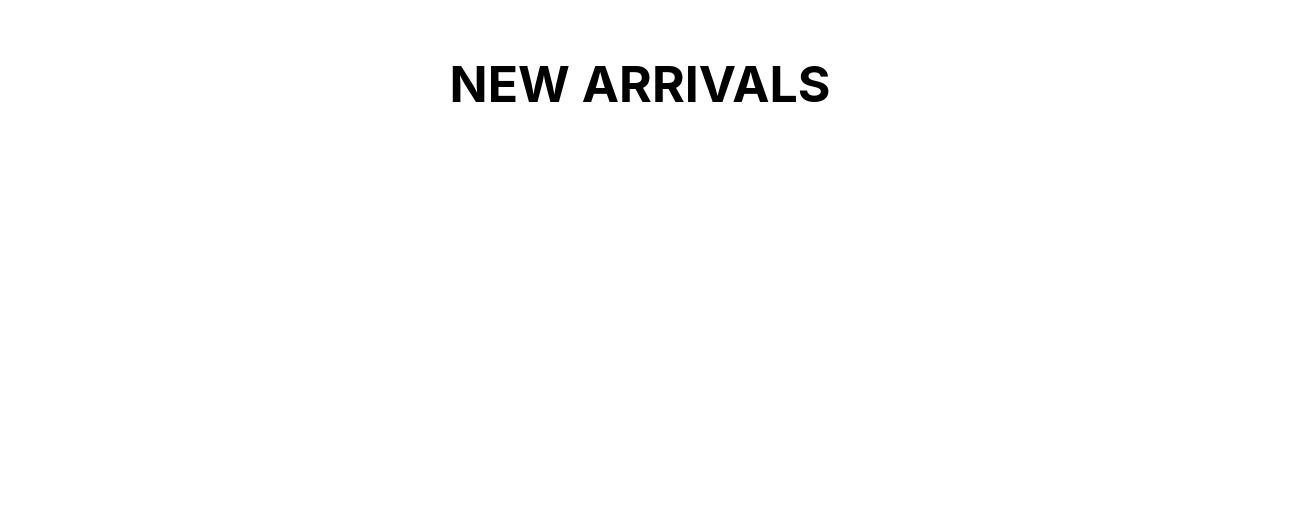
Repository: 0584386177/CuoiKiReactJs
Page: /
The author's editor kept a copy of each file at every save. The page is drawn from the files as they stood at one save, then again after the next save.
The browser window is 1280 px wide. The page is 1310 px wide, so the pictures cover 1310 px, including what lies to the right of the window. The pictures show the part of the page from y = 390 to 900 px (the page is 1390 px tall).
Pictures or frames that could not be fetched are drawn as grey boxes. The page's requests for data from a server got no answer. The project was rebuilt for these pictures with package versions that can differ from the ones it lists, and the page was loaded fresh each time. No one was signed in, and anything a server would have sent is missing. Also part of the build but not shown: src/components/Men/Men.jsx, src/components/Women/Women.jsx.

Above is the page before, as saved 2023-11-10 23:10:14.

### src/App.js
import React from 'react';
import Page from './components/Page/Page';
import { Route,Routes } from 'react-router-dom';
import Men from './components/Men/Men';
import Women from './components/Women/Women';

const App = () => {
  return (
    <div>
      <Routes>
        <Route path='/' element = {<Page></Page>}></Route>
        <Route path='/women' element = {<Women></Women>}></Route>
        <Route path='/men' element={<Men></Men>}></Route>
      </Routes>
    </div>
  );
};

export default App;

### src/components/Page/Page.jsx
import React from 'react';
import Header from './Header';
import styled from 'styled-components';
import Slider from './Slider';
import NewArrivals from './NewArrivals';
const PageWrapper = styled.div`
    width: 100%;
    height: 100vh;
    max-width:1980px;
    margin: 0 auto;

`
const Page = () => {
    return (
        <PageWrapper>
        <Header/>
        <Slider/>
        <NewArrivals/>
        </PageWrapper>
    );
};

export default Page;

### src/components/Page/Header.jsx
import React from "react";
import styled from "styled-components";

const HeaderWrapper = styled.div`
  width: 100%;
  height: 90px;
  display: flex;
  justify-content: space-around;
  align-items: center;
`;
const HeaderLogo = styled.div`
  font-size: 15px;
`;
const HeaderMenu = styled.div`
  ul {
    display: flex;
    list-style: none;

    li {
      padding: 10px 20px;

      a {
        display: block;
        padding: 10px 20px;
        text-decoration: none;
        color: #000;
        font-weight: 500;
        font-size: 17px;
        position: relative;
      }
      a::before {
        content: "";
        position: absolute;
        left: 0;
        bottom: 0;
        height: 2px;
        background: #000000;
        transition: all 0.3s ease;
      }
      a:hover::before {
        width: 100%;
        animation: fluent 0.5s forwards;
      }
    }

    @keyframes fluent {
      0% {
        width: 0px;
      }
      100% {
        width: 100%;
      }
    }
  }
`;
const HeaderFeatures = styled.div`
  display: flex;
  align-items: center;
  width: 340px;
  height: 100%;
`;
const HeaderSearch = styled.div`
  width: 200px;
  height: 30px;
  position: relative;

  input {
    width: 200px;
    height: 30px;
  }
  i {
    position: absolute;
    right: 0;
    top: 50%;
    transform: translateY(-50%);
  }
`;
const HeaderAccount = styled.div`
  margin: 0px 25px;
  font-size: 30px;
`;
const HeaderCart = styled.div`
    font-size: 25px;
`;

const Header = () => {
  return (
    <HeaderWrapper>
      <HeaderLogo>
        <h1>NHOM BAO</h1>
      </HeaderLogo>
      <HeaderMenu>
        <ul>
          <li>
            <a href="#">NEW</a>
          </li>
          <li>
            <a href="#">NỮ</a>
          </li>
          <li>
            <a href="#">NAM</a>
          </li>
          <li>
            <a href="#">GOLF</a>
          </li>
        </ul>
      </HeaderMenu>
      <HeaderFeatures>
        <HeaderSearch className="search">
          <input type="text" placeholder="search..."></input>
          <i class="fa-solid fa-magnifying-glass"></i>
        </HeaderSearch>
        <HeaderAccount className="account">
          <i class="fa-solid fa-person"></i>
        </HeaderAccount>
        <HeaderCart className="cart">
          <i class="fa-solid fa-cart-shopping"></i>
        </HeaderCart>
      </HeaderFeatures>
    </HeaderWrapper>
  );
};

export default Header;

### src/components/Page/Slider.jsx
import React, { useState } from "react";
import styled from "styled-components";

const SliderWrapper = styled.div`
  width: 100%;
  height :800px;
  position: relative;
`;
const SliderButton = styled.div`
  width: 100%;
  position: absolute;
  top: 29%;
  left: 0;
  transform: translateY(-29%);
  display: flex;
  justify-content: space-between;
  align-items: center;
`;
const SliderNext = styled.button`
  width: 50px;
  height: 50px;
  color: white;
  background-color: rgba(76, 78, 80, 0.5);
  outline: none;
  border: none;
  margin-right: 5px;
  font-size: 20px;
  cursor: pointer;
`;
const SliderPre = styled.button`
  width: 50px;
  height: 50px;
  color: white;
  background-color: rgba(76, 78, 80, 0.5);
  outline: none;
  border: none;
  margin-left: 5px;
  font-size: 20px;
  cursor: pointer;
`;
const ArrivalsTitle = styled.div`
  position: relative;

  h1{
    position:absolute;
    top: 50%;
    left: 50%;
    transform: translate(-50%,-50%);
    margin: 5rem 0px;
    font-size: 50px;
  }
`
const Slider = () => {
  const arrayImage = [
    "https://file.hstatic.net/1000143422/file/desktop_banner_slider_1920x600_2link_ult-trn_4b3327ceb7184530ae9783ad00500c46.jpg",
    "https://file.hstatic.net/1000143422/file/desktop_banner_slider_1920x600_2link_street_9e990a78d04646e3ae0fe35feb29b499.jpg",
    "https://file.hstatic.net/1000143422/file/hero-desk_c4-w-1920x720_0cadeff9488b4baab4c417601e60ba7a.jpg",
    "https://file.hstatic.net/1000143422/file/ec-desktop_banner_1920x600px_062fbb7c60db49ada98de87f9f03862c.png",
    "https://file.hstatic.net/1000143422/file/desktop_banner_slider_1920x600_2link_soft_dd3b9719fd3e4818bb108c020a9af7a2.jpg",
  ];

  const [ImageIndexCurrent, setImageIndexCurrent] = useState(0);
  const handleClickNext = () => {
    setImageIndexCurrent(ImageIndexCurrent + 1);
    if (ImageIndexCurrent === 4) setImageIndexCurrent(0);
  };
  const handleClickPre = () => {
    setImageIndexCurrent(ImageIndexCurrent - 1);
    if (ImageIndexCurrent === 0) setImageIndexCurrent(4);
  };
  return (
    <SliderWrapper>
      <div className="image">
        <img src={arrayImage[ImageIndexCurrent]} alt=""></img>
      </div>
      <SliderButton>
        <SliderPre onClick={handleClickPre}>
          <i class="fa-solid fa-arrow-left"></i>
        </SliderPre>
        <SliderNext onClick={handleClickNext}>
          <i class="fa-solid fa-arrow-right"></i>
        </SliderNext>
      </SliderButton>
      <ArrivalsTitle>
        <h1>NEW ARRIVALS</h1>
      </ArrivalsTitle>

    </SliderWrapper>
  );
};

export default Slider;

### src/components/Page/NewArrivals.jsx
import React, { useEffect, useState } from "react";
import styled from "styled-components";

const ArrivalsWrapper = styled.div`
  width: 100%;
  height: 500px;
  display: flex;
  justify-content: center;
`;
// const ArrivalsTitle = styled.h1`
//   padding: 20px 0px;
// `;
const ArrivalsItems = styled.div`
  display: flex;
`;

const ArrivalsItem = styled.div`
  width: 315px;
  height: 405px;
  padding: 10px 10px;
  display: flex;
  flex-direction: column;
  align-items: center;
`;
const ItemImg = styled.img`
  width: 100%;
  height: 300px;
  object-fit: cover;
  flex-shrink: 0;
`;
const api = "http://localhost:3000/products";
const NewArrivals = () => {
  const [products, setProducts] = useState([null]);
  console.log(products);
  useEffect(() => {
    const fetchData = async () => {
      const response = await fetch(api);
      const data = await response.json();
      return setProducts(data);
    };
    fetchData();
  }, []);
  return (
    <ArrivalsWrapper>
      {/* <ArrivalsTitle>NEW ARRIVALS</ArrivalsTitle> */}

      <ArrivalsItems>
        {/* {Array(4)
          .fill(null)
          .map((item, index) => {
            return (
              <ArrivalsItem>
                <ItemImg src="https://source.unsplash.com/random" alt="" />
                <h4>ECCOs</h4>
              </ArrivalsItem>
            );
          })} */}
        <ArrivalsItem>
          <ItemImg src="https://source.unsplash.com/random" alt="" />
          <h4>ECCOs</h4>
        </ArrivalsItem>{" "}

        <ArrivalsItem>
          <ItemImg src="https://source.unsplash.com/random" alt="" />
          <h4>ECCO</h4>
        </ArrivalsItem>
        <ArrivalsItem>
          <ItemImg src="https://source.unsplash.com/random" alt="" />
          <h4>ECCO</h4>
        </ArrivalsItem>
        <ArrivalsItem>
          <ItemImg src="https://source.unsplash.com/random" alt="" />
          <h4>ECCOs</h4>
        </ArrivalsItem>
      </ArrivalsItems>
    </ArrivalsWrapper>
  );
};

export default NewArrivals;

Loaded but not shown: public/index.html (common file); src/index.js (common file); src/index.css (common file); src/reportWebVitals.js (common file)

After the next save:
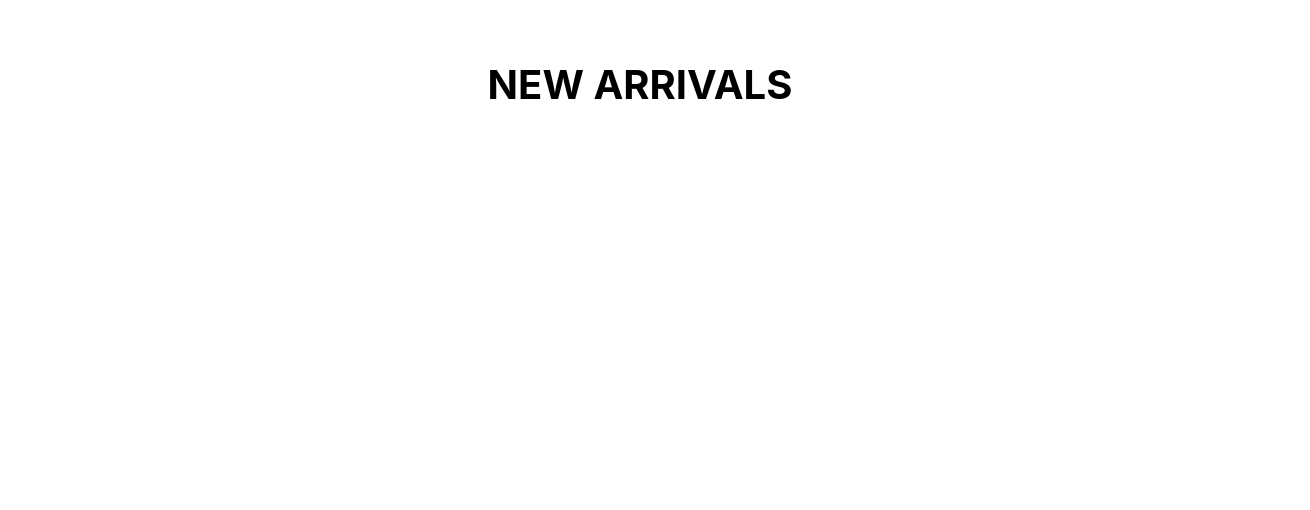
Saved 6 s later.
--- a/src/components/Page/Slider.jsx
+++ b/src/components/Page/Slider.jsx
@@ -47,7 +47,7 @@ const ArrivalsTitle = styled.div`
     left: 50%;
     transform: translate(-50%,-50%);
     margin: 5rem 0px;
-    font-size: 50px;
+    font-size: 40px;
   }
 `
 const Slider = () => {
